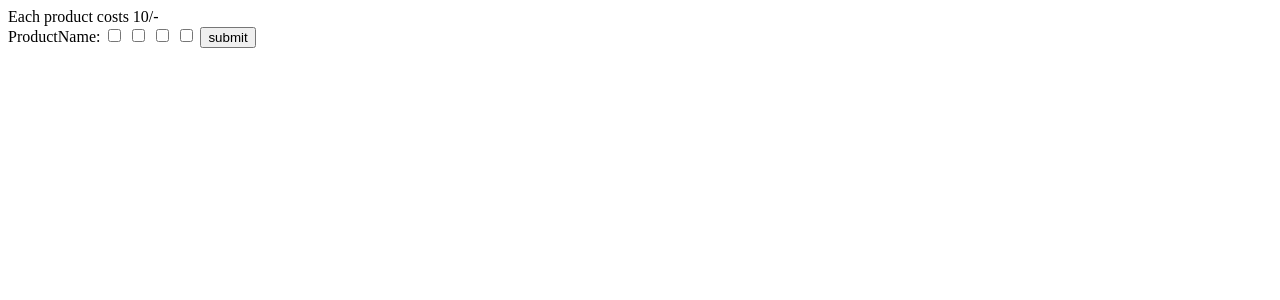
Repository: Rama-13/LaunchPadAllFiles
Page: java-workspace/SecondWebProject/WebContent/Products.html
These files come from the project's save history. The page is drawn as it stood at one moment and after the next save; the edit follows.
The browser window is 1280 px wide. The pictures show the whole page.

Above is the page before, as saved 2019-07-29 07:06:46.

After the next save:
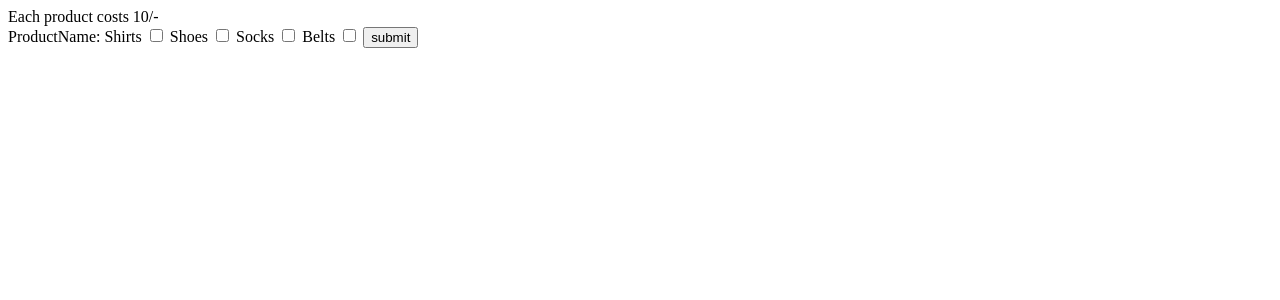
Saved 3 min 24 s later.
--- a/java-workspace/SecondWebProject/WebContent/Products.html
+++ b/java-workspace/SecondWebProject/WebContent/Products.html
@@ -8,10 +8,10 @@
 Each product costs 10/-
 <form action = "CheckoutServlet" name = "products">
 ProductName:
-<input type = "checkbox" name = "shirts" value = "shirts">
-<input type = "checkbox" name = "shoes" value = "shoes">
-<input type = "checkbox" name = "socks" value = "socks">
-<input type = "checkbox" name = "Belts" value = "Belts">
+Shirts <input type = "checkbox" name = "shirts" value = "shirts">
+Shoes <input type = "checkbox" name = "shoes" value = "shoes">
+Socks <input type = "checkbox" name = "socks" value = "socks">
+Belts <input type = "checkbox" name = "Belts" value = "Belts">
 <input type = "submit" name = "checkout" value = "submit">
 
 
